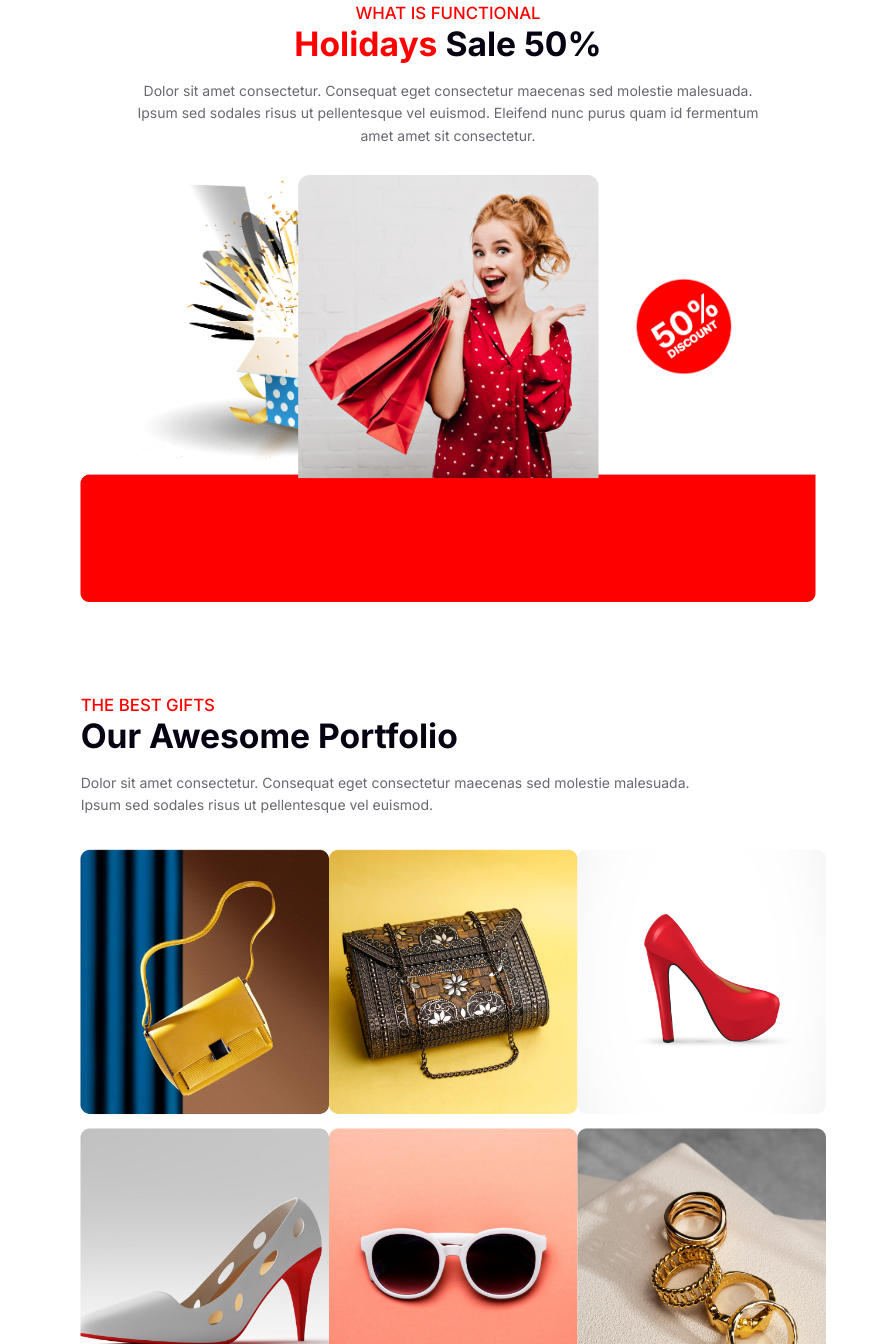
Repository: rahmatahmedrifat/First-Assignment
Page: index.html
An editor plug-in stored every save of this project. The page is shown before and after the next save, followed by the edit.
The browser window is 1280 px wide. The pictures show the part of the page from y = 3410 to 5330 px (the page is 6851 px tall before and 6837 px after), at 70% of full size.

Above is the page before, as saved 2024-01-08 23:29:32.

### index.html
<!DOCTYPE html>
<html lang="en">
<head>
    <meta charset="UTF-8">
    <meta name="viewport" content="width=device-width, initial-scale=1.0">
    <!-- Title  -->
    <title>New Year 2024</title>
    <!-- favicon icon linked -->
    <link rel="shortcut icon" href="images/New Year Photo.png" type="image/x-icon">
    <!-- style css linked-->
    <link rel="stylesheet" href="Style/style.css">
</head>
<body>
    <!-- header part  -->
    <header>
        <!-- banner section part -->
        <section id="banner">
            <div class="container">
                <div class="banner-container">
                    <div class="banner-content">
                        <h3 class="celebration">Happy New Year</h3>
                        <h2 class="banner-title">New Year Party Celebration</h2>
                    </div>
                </div>
            </div>
        </section>
    </header>
    <!-- main part -->
    <main>
        <!-- categories section part  -->
            <section id="categories">
                <div class="container">
                    <div class="categories-container">
                        <h2 class="categories-discount">65% OFF</h2>
                        <p class="primary-summery">OUR HOLIDAY DEALS ARE BETTER</p>
                        <h3 class="categories-title">ALL CATEGORIES</h3>
                        <div class="categories-img">
                            <img id="new-year-img" src="images/New Year Photo.png" alt="Happy New Year">
                        </div>
                    </div>
                </div>
            </section>

            <!-- party-banner section part -->
            <section id="party-banner">
                <div class="container">
                    <div class="party-container">
                        <div class="party-content">
                            <h2 class="party-title">Welcome to midnight party</h2>
                            <p class="party-description">Dolor sit amet consectetur. Consequat eget consectetur maecenas sed molestie malesuada. Ipsum sed sodales risus ut pellentesque vel euismod. </p>
                            <button id="join-now-btn">JOIN NOW</button>
                        </div>
                        <img class="party-img" src="images/icon/Group 70.png" alt="party-img">
                    </div>
                </div>
            </section>
            <!-- Announce section part -->
            <section id="announce">
                <div class="container">
                    <div class="announce-content">
                        <h4 class="announce-title"><span class="title-color">Place:</span> New Park Hotel</h4>
                        <h4 class="announce-title"><span class="title-color">Date:</span> 31 December Night 2023</h4>
                        <h4 class="announce-title"><span class="title-color">Time:</span> Evening 7.30 pm to 12.30 am</h4>
                        <button class="announce-btn">Join Now</button>
                    </div>
                </div>
            </section>
            <!-- best offer section part -->
            <section id="best-offer">
                <div class="container">
                    <div class="best-offer-container">
                        <div class="best-offer-content">
                            <p class="primary-summery">NEW BEST OFFER</p>
                            <h3 class="similer-title">Coming Soon</h3>
                            <p class="similer-description">Dolor sit amet consectetur. Consequat eget consectetur maecenas sed molestie malesuada. Ipsum sed sodales risus ut pellentesque vel euismod. </p>
                        </div>
                        <div class="best-offer-img-content">

                                <img class="best-offer-img" src="images/Ellipse 1.png" alt="best-offer-images">

                        </div>
                        <div class="best-offer-year-content">
                            <h3 class="best-offer-year">2024</h3>
                            <p class="best-offer-description">Dolor sit amet consectetur. Consequat eget consectetur maecenas sed.</p>
                            <img class="best-offer-year-img" src="images/icon/Group 96.png" alt="best-offer-year-img">
                        </div>
                    </div>
                </div>
            </section>
            <!-- holiday section part  -->
            <section id="holiday">
                <div class="container">
                    <div class="holiday-container">
                        <div class="holiday-content">
                            <p class="primary-summery">WHAT IS FUNCTIONAL</p>
                        <h3 class="similer-title"><span class="title-color">Holidays</span> Sale 50%</h3>
                        <p class="similer-description">Dolor sit amet consectetur. Consequat eget consectetur maecenas sed molestie malesuada. Ipsum sed
                            sodales risus ut pellentesque vel euismod. Eleifend nunc purus quam id
                            fermentum amet amet sit consectetur.</p>
                        </div>
                        <div class="holiday-back-img">
                            <div class="holiday-gift-content">
                                <img src="images/icon/Group 75.png" alt="">
                            </div>
                            <div class="holiday-discount-content">
                                <img src="images/icon/Group 44.png" alt="">
                            </div>
                            <div class="holiday-ladies-content">
                                <img src="images/Rectangle 1.png" alt="">
                            </div>
                        </div>
                        <div class="holiday-bottom">
                            <img src="images/Rectangle 2.png" alt="">
                        </div>
                    </div>
                </div>
            </section>
            <!-- Portfolio section part -->

            <section id="portfolio">
                <div class="container">
                    <div class="portfolio-container">
                        <div class="portfolio-box">
                            <p class="primary-summery">THE BEST GIFTS</p>
                            <h3 class="similer-title">Our Awesome Portfolio</h3>
                            <p class="similer-description description-padd">Dolor sit amet consectetur. Consequat eget consectetur maecenas sed molestie malesuada. Ipsum sed sodales risus ut pellentesque vel euismod. </p>
                        </div>
                            <div class="portfolio-content">
                                <img class="portfolio-img" src="images/Portfolio images/Rectangle 3.png" alt="">
                                <img class="portfolio-img" src="images/Portfolio images/Rectangle 4.png" alt="">
                                <img class="portfolio-img" src="images/Portfolio images/Rectangle 5.png" alt="">
                            </div>
                            <div class="portfolio-content">
                                <img class="portfolio-img" src="images/Portfolio images/Rectangle 6.png" alt="">
                                <img class="portfolio-img" src="images/Portfolio images/Rectangle 7.png" alt="">
                                <img class="portfolio-img" src="images/Portfolio images/Rectangle 8.png" alt="">
                            </div>
                        </div>
                    </div>
            </section>
            <!-- newsletter section part -->
            <section id="newsletter">
                <div class="container">
                    <div class="news-container">
                        <div class="news-content">
                            <img src="images/icon/Group 61.png" alt="">
                            <h3 class="similer-title">Subscribe Newsletter</h3>
                            <p class="similer-description description-mar">Dolor sit amet consectetur. Consequat eget consectetur maecenas sed molestie malesuada. Ipsum sed sodales risus ut pellentesque vel euismod. </p>
                            <form class="form" action="">
                                <input type="email" placeholder="user@gmail.com" alt="email" id="">
                                <button class="subscribe-btn">Subscribe</button>
                            </form>
                        </div>

                    </div>
                </div>
            </section>
    </main>
    <!--  footer part -->
    <footer>
        <section id="footer">
            <div class="container">
                <div class="footer-describe-part line-color">
                    <div class="footer-address">
                        <p class="address-similer">44, Big Building Roosevelt Street</p>
                        <p class="address-similer">Beach Gardens Florida 33410</p>
                    </div>
                    <div class="footer-address">
                        <div class="call-icon">
                            <img src="images/icon/Call.png" alt="">
                            <a class="address-similer">+00 123 584 124</a>
                        </div>
                        <div class="website-icon">
                            <img src="images/icon/Website.png" alt="">
                            <a class="address-similer">www.website.com</a>
                        </div>
                    </div>
                </div>

                <div class="footer-social line-color">
                    <a href=""><img src="images/icon/Facebook.png" alt=""></a>
                    <a href=""><img src="images/icon/Instagram.png" alt=""></a>
                    <a href=""><img src="images/icon/Twitter.png" alt=""></a>
                    <a href=""><img src="images/icon/Linkedin.png" alt=""></a>
                </div>

                <div class="reserved">
                    <p>2017, All Rights Reserved.</p>
                    <p>Unsubscribe</p>
                </div>
            </div>
        </section>
    </footer>
</body>
</html>

### Style/style.css
/* import google fonts */
@import url('https://fonts.googleapis.com/css2?family=Inter:wght@100;200;300;400;500;600;700;800;900&family=Merriweather:ital,wght@0,300;0,400;0,700;0,900;1,300;1,400;1,700;1,900&display=swap');

*{
    margin: 0;
    padding: 0;
    outline: 0;
}

.container{
    width: 82%;
    margin: 0 auto;
}
/* primary content */
.primary-summery{
    font-family: Inter;
    font-size: 24px;
    font-style: normal;
    font-weight: 500;
    color: #F00;
    line-height: normal;
}
/* title-color */
.title-color{
    color: #F00;
}
/* banner section related css style */
#banner{
    margin-top: 30px;
}
.banner-container{
    background-image: linear-gradient(180deg, #070211 0%, rgba(7, 2, 17, 0.00) 100%), url(../images/Banner\ Image.png);
    background-size: cover;
    background-repeat: no-repeat;
    background-position: center;
    border-radius: 16px;
    padding: 177px 0px;
}
.banner-container .banner-content{
    width: 632px;
    margin: 0 auto;
}
.banner-container .banner-content .celebration{
    color: #FFF;
    text-align: center;
    font-family: Merriweather;
    font-size: 32px;
    font-style: normal;
    font-weight: 400;
    line-height: normal;
    margin-bottom: 16px;
    z-index: 99;
}
.banner-container .banner-content .banner-title{
    color: #FFF;
    text-align: center;
    font-family: Merriweather;
    font-size: 72px;
    font-style: normal;
    font-weight: 900;
    line-height: 95px;
}
/* categories section related css style */

#categories{
    margin: 120px 0px;
}
.categories-container{
    text-align: center;
}
.categories-container .categories-discount{
    font-family: Inter;
    font-size: 88px;
    font-style: normal;
    font-weight: 700;
    color: #F00;
    line-height: normal;
    margin-bottom: 48px;
}

.categories-title{
    font-family: Inter;
    font-size: 48px;
    font-style: normal;
    font-weight: 700;
    color: #070211;
    line-height: normal;
    margin-bottom: 48px;
}
.categories-container .categories-img{
    width: 800px;
    margin: 0 auto;
}
.categories-img #new-year-img{
    max-width: 100%;
}

/* party-banner section css style  */
#party-banner{

}
.party-container{
    background-image: linear-gradient(90deg, #070211 0%, rgba(7, 2, 17, 0.00) 100%), url(../images/Vectorrr.png);
    background-position: center;
    background-repeat: no-repeat;
    background-size: cover;
    display: flex;
    align-items: center;
    justify-content: space-between;
    border-radius: 16px;
    padding: 70px 70px;
}
.party-container .party-content{
    width: 900px;
}
.party-content .party-title{
    font-family: Merriweather;
    font-size: 64px;
    font-style: normal;
    font-weight: 900;
    color: #FFF;
    line-height: 88px;
    letter-spacing: 3px;
}
.party-content .party-description{
    font-family: Inter;
    font-size: 18px;
    font-style: normal;
    font-weight: 400;
    color: rgba(255, 255, 255, 0.80);
    line-height: 30px;
    margin-top: 20px;
}
#join-now-btn{
    font-family: Inter;
    font-size: 20px;
    font-style: normal;
    font-weight: 700;
    color: #FFF;
    background: transparent;
    line-height: normal;
    text-transform: uppercase;
    border: none;
    cursor: pointer;
    margin-top: 48px;
    margin-left: 32px;
}
.party-container .party-img{
    width: 270px;
    max-width: 100%;
}

/* Announce section css style */

#announce{
    margin: 120px 0px;
}
.announce-content{
    background: linear-gradient(180deg, rgba(255, 0, 0, 0.10) 0%, rgba(255, 0, 0, 0.00) 100%);
    padding: 100px 0;
    text-align: center;
}
.announce-content .announce-title{
    color: #070211;
    font-family: Inter;
    font-size: 32px;
    font-style: normal;
    font-weight: 600;
    line-height: 56px;
    text-transform: capitalize;
}
.announce-btn{
    font-family: Inter;
    font-size: 20px;
    font-style: normal;
    font-weight: 700;
    line-height: normal;
    color: #FFF;
    text-align: center;
    text-transform: uppercase;
    border-radius: 8px;
    background: #F00;
    padding: 16px 32px;
    border: none;
    cursor: pointer;
    transition: all ease 0.5s;
    margin-top: 48px;
}
.announce-btn:hover{
    background: #fff;
    color: #f00;
    outline: 1px solid #F00;
}
/* best-offer section style css */
#best-offer{
    margin-bottom: 128px;
}
.similer-title{
    font-family: Inter;
    font-size: 48px;
    font-style: normal;
    font-weight: 700;
    color: #070211;
    line-height: normal;
}
.similer-description{
    font-family: Inter;
    font-size: 20px;
    font-style: normal;
    font-weight: 400;
    color: rgba(7, 2, 17, 0.60);
    line-height: 32px;
    margin-top: 22px;
}
.best-offer-container{
    display: flex;
    align-items: center;
    gap: 20px;
}
.best-offer-content{
    width: 700px;
}
.best-offer-img-content{
    min-height: 350px;
    min-width: 350px;
    border: 15px solid #f00;
    border-radius: 50%;
    position: relative;
    position: relative;
}
.best-offer-img-content .best-offer-img{
    position: absolute;
    width: 270px;
    inset: 41px;
}
.best-offer-year-content .best-offer-year{
    font-family: Inter;
    font-size: 48px;
    font-style: normal;
    font-weight: 700;
    color: #F00;
    line-height: normal;
    margin-top: 65px;
}
.best-offer-year-content .best-offer-description{
    margin-top: 10px !important;

}
.best-offer-year-content{
    width: 500px;
}
.best-offer-year-content .best-offer-year-img{
    max-width: 140px;
    margin-top: 38px;
}


/*  portfolio section css style */
.portfolio-container{

}
.portfolio-container .description-padd{
    margin-bottom: 48px ;
}
.portfolio-container .portfolio-content{
    display: flex;
    align-items: center;
    justify-content: space-between;
    margin-top: 20px;
}
.portfolio-box{
    width: 896px;
}
.portfolio-container .portfolio-content .portfolio-img{
    max-width: 355px;
    transition: all ease 0.5s;
}
.portfolio-content .portfolio-img:hover{
    filter: grayscale(1);
    transform: scale(1.05);
}
/* newsletter section css style  */
#newsletter{
    margin: 128px 0px;
}
.news-container{
    border-radius: 16px;
    background: rgba(255, 0, 0, 0.05);
    padding: 80px 0px;
}
.news-content{
    width: 896px;
    margin: 0 auto;
    text-align: center;
}
.news-content img{
    width: 150px;
    height: 150px;
}
.form{
    width: 648px;
    height: 72px;
    display: flex;
    margin: 0 auto;
}
.form input{
    background: #fff;
    width: 438px;
    flex-grow: 1;
    color: rgba(7, 2, 17, 0.30);
    font-family: Inter;
    font-size: 18px;
    font-style: normal;
    font-weight: 400;
    line-height: normal;
    padding-top: 25px;
    padding-bottom: 25px;
    padding-left: 30px;
    border: none;
    border-radius: 50px 0px 0px 50px;
    outline: 1px transparent;
    transition: all ease 0.5s;
}
.form input:hover{
    outline: 1px solid #f00;
}
.form .subscribe-btn{
    color: #FFF;
    font-family: Inter;
    font-size: 20px;
    font-style: normal;
    font-weight: 600;
    line-height: normal;
    text-transform: capitalize;
    border-radius: 0px 50px 50px 0px;
    background: #F00;
    padding: 24px 56px;
    border: none;
    transition: all ease 0.5s;
}
.form .subscribe-btn:hover{
    outline: 1px solid #f00;
    background: #fff;
    color: #f00;
}
.description-mar{
    margin-bottom: 48px;
}
/* footer section part css style */

#footer{
    background: #070211;
    padding: 120px 0;
}
.line-color{
    border-bottom: 1px solid rgba(255, 255, 255, 0.15);
}
.footer-describe-part{
    display: flex;
    justify-content: space-between;
}
.footer-address{
    margin-bottom: 50px;
}
.footer-address .address-similer {
    color: #FFF;
    font-family: Inter;
    font-size: 24px;
    font-style: normal;
    font-weight: 500;
    line-height: 40px;
    text-decoration: none;
    cursor: pointer;
}
.call-icon, .website-icon{
    display: flex;
    align-items: center;
}
.call-icon img, .website-icon img{
    width: 24px;
    margin-right: 15px;
}

.footer-social{
    text-align: center;
    padding: 48px 0;
}
.footer-social a{
    width: 64px;
    margin-right: 24px;
}
.footer-social a:hover{
    filter: grayscale(1);
}

.reserved{
    display: flex;
    justify-content: space-between;
    align-items: center;
    margin-top: 50px;
}
.reserved p{
    color: #FFF;
    font-family: Inter;
    font-size: 24px;
    font-style: normal;
    font-weight: 500;
    line-height: normal;
}



/* holiday section css style */
#holiday{
    margin-bottom: 128px;
}
.holiday-container{
    text-align: center;
}
.holiday-container .holiday-content{
    width: 920px;
    margin: 0 auto;
}
.holiday-back-img{
    display: flex;
    align-items: center;
    justify-content: space-around;
    margin-top: 48px;
}
.holiday-back-img .holiday-gift-content{
    width: 500px;
}
.holiday-back-img .holiday-gift-content img{
    max-width: 100%;
}
.holiday-back-img .holiday-discount-content{
    width: 200px;
    position: relative;
}
.holiday-back-img .holiday-discount-content img{
    max-width: 100%;
}
.holiday-back-img .holiday-ladies-content{
    width: 429px;
    position: absolute;
}
.holiday-back-img .holiday-ladies-content img{
    max-width: 100%;
}

.holiday-bottom img{
    width: 100%;
}

After the next save:
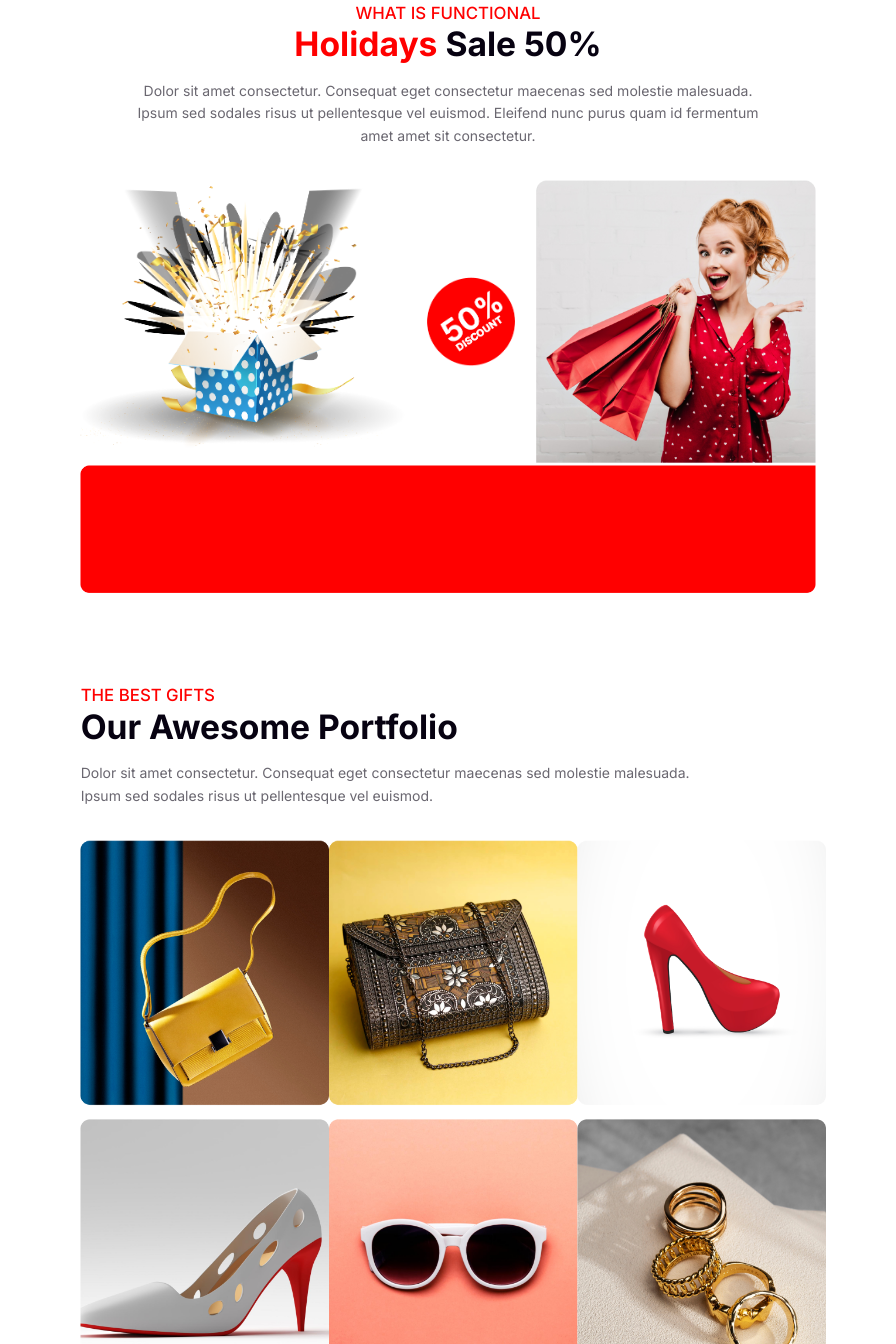
Saved 26 s later.
--- a/Style/style.css
+++ b/Style/style.css
@@ -435,14 +435,12 @@
 }
 .holiday-back-img .holiday-discount-content{
     width: 200px;
-    position: relative;
 }
 .holiday-back-img .holiday-discount-content img{
     max-width: 100%;
 }
 .holiday-back-img .holiday-ladies-content{
     width: 429px;
-    position: absolute;
 }
 .holiday-back-img .holiday-ladies-content img{
     max-width: 100%;

After the 2 saves that followed:
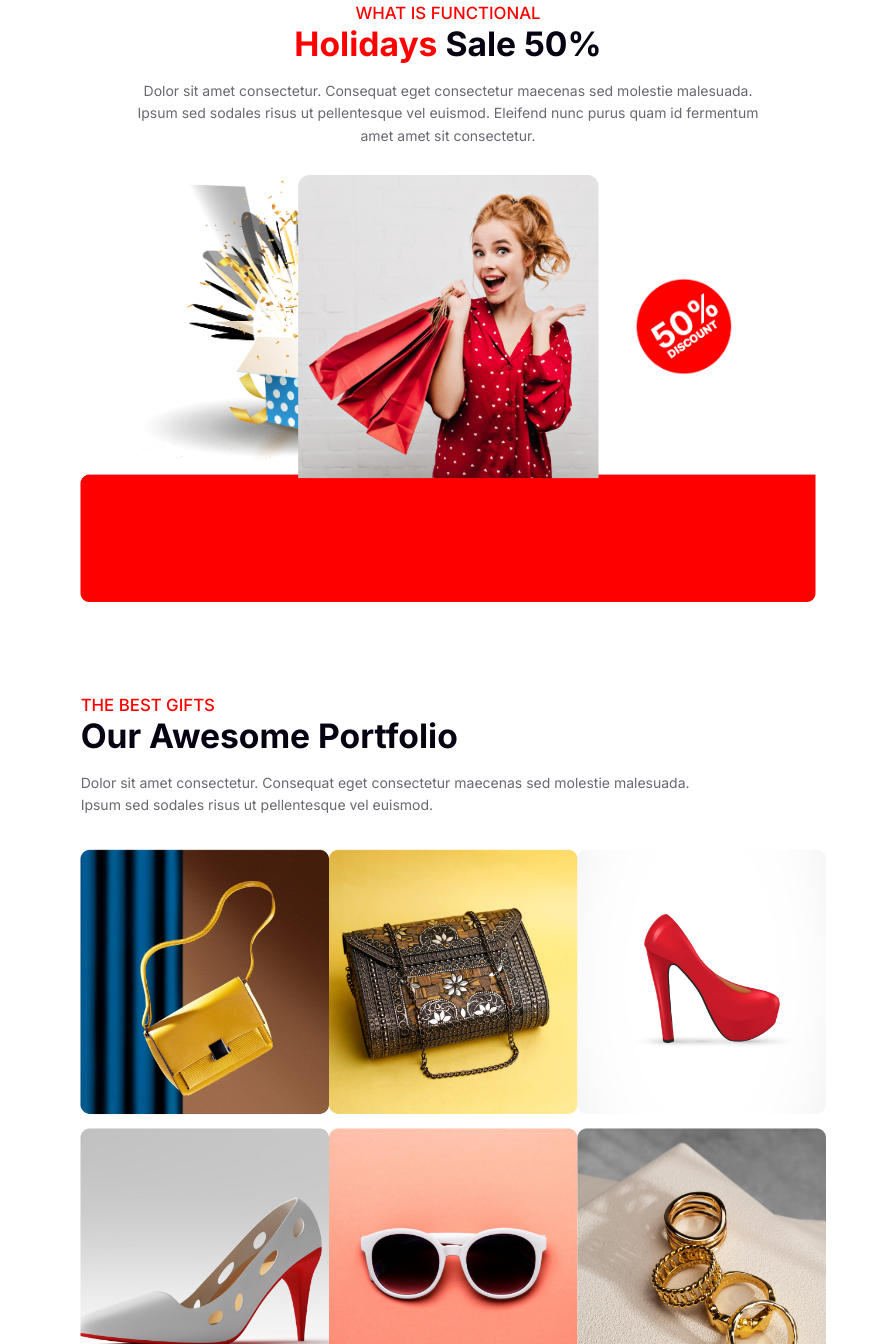
The 2 saves are shown as one change because 1 left the picture as it was.
The last was saved 59 s later.
--- a/Style/style.css
+++ b/Style/style.css
@@ -429,6 +429,7 @@
 }
 .holiday-back-img .holiday-gift-content{
     width: 500px;
+    position: relative;
 }
 .holiday-back-img .holiday-gift-content img{
     max-width: 100%;
@@ -441,6 +442,7 @@
 }
 .holiday-back-img .holiday-ladies-content{
     width: 429px;
+    position: absolute;
 }
 .holiday-back-img .holiday-ladies-content img{
     max-width: 100%;
